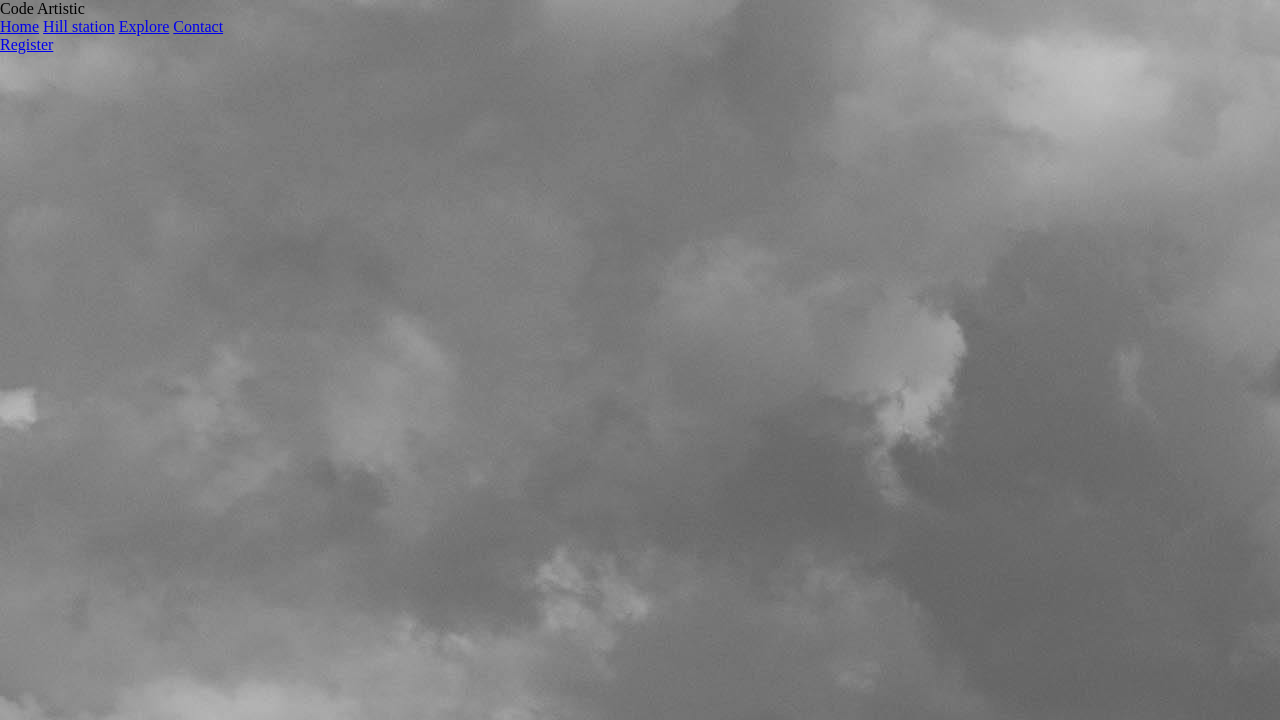
Repository: Ruxmary7/energy
Page: starter/index.html
These files come from the project's save history. The page is drawn as it stood at one moment and after a run of saves; the edit follows.
The browser window is 1280 px wide. The pictures show the whole page.

Above is the page before, as saved 2025-01-10 22:00:25.

After the next 3 saves:
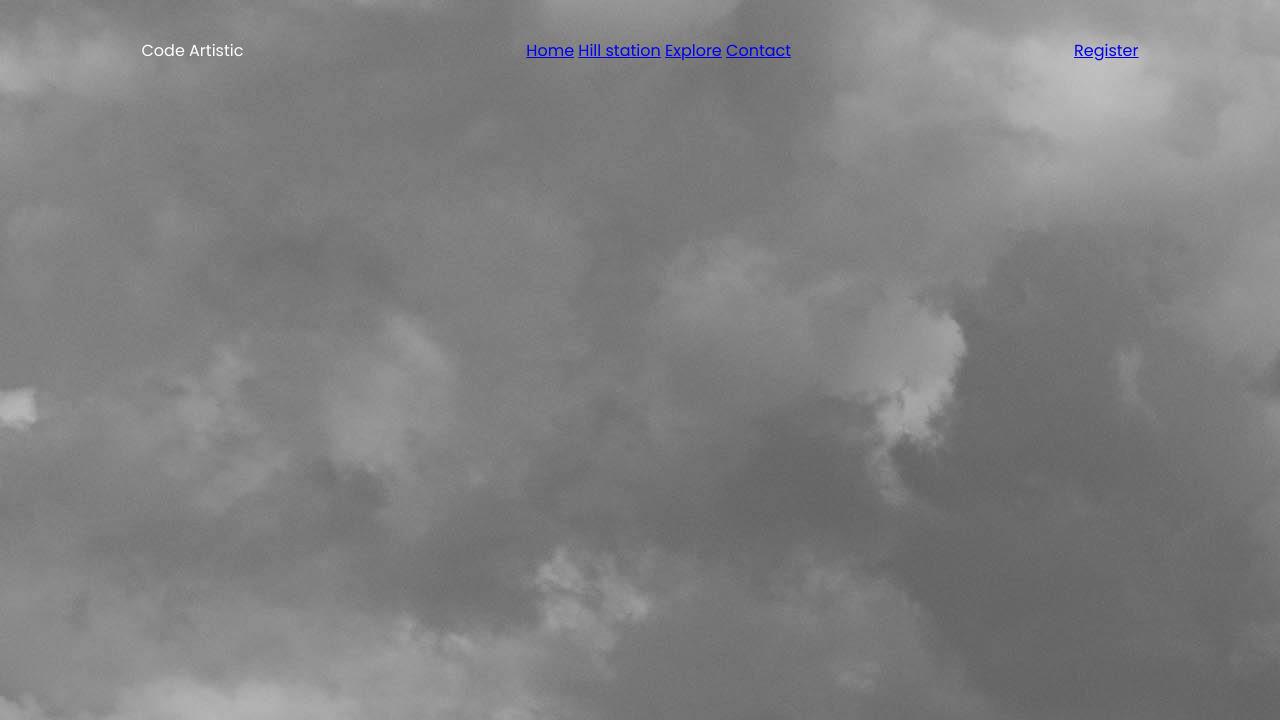
The 3 saves are shown as one change because they came seconds apart.
The last was saved 10 s later.
--- a/starter/style.css
+++ b/starter/style.css
@@ -12,7 +12,7 @@ header {
     height: 100vh;
     background: url(abc.jpg);
     block-size: cover;
-    ff
+    font-family: Poppins;
  nav {
     width: 100%;
     height: 100px;
